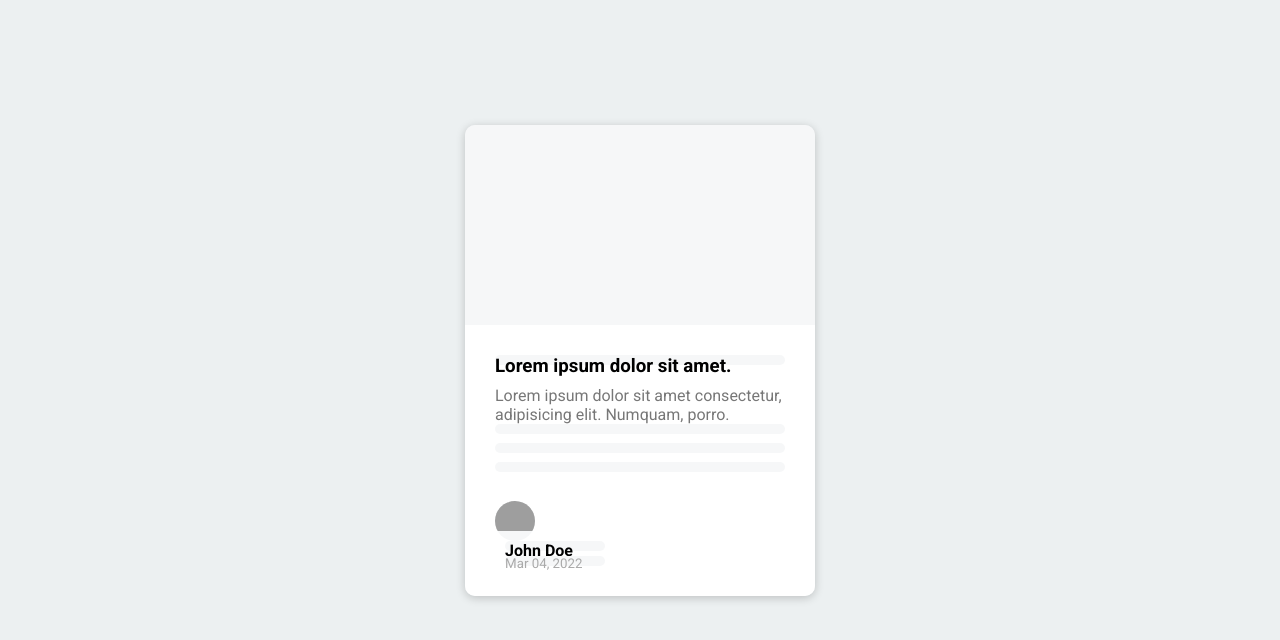
Repository: jt010051/contentData
Page: index.html
The author's editor kept a copy of each file at every save. The page is drawn from the files as they stood at one save, then again after the next save.
The browser window is 1280 px wide. The pictures show the whole page.
Pictures or frames that could not be fetched are drawn as grey boxes.

Above is the page before, as saved 2022-03-04 12:05:39.

After the next save:
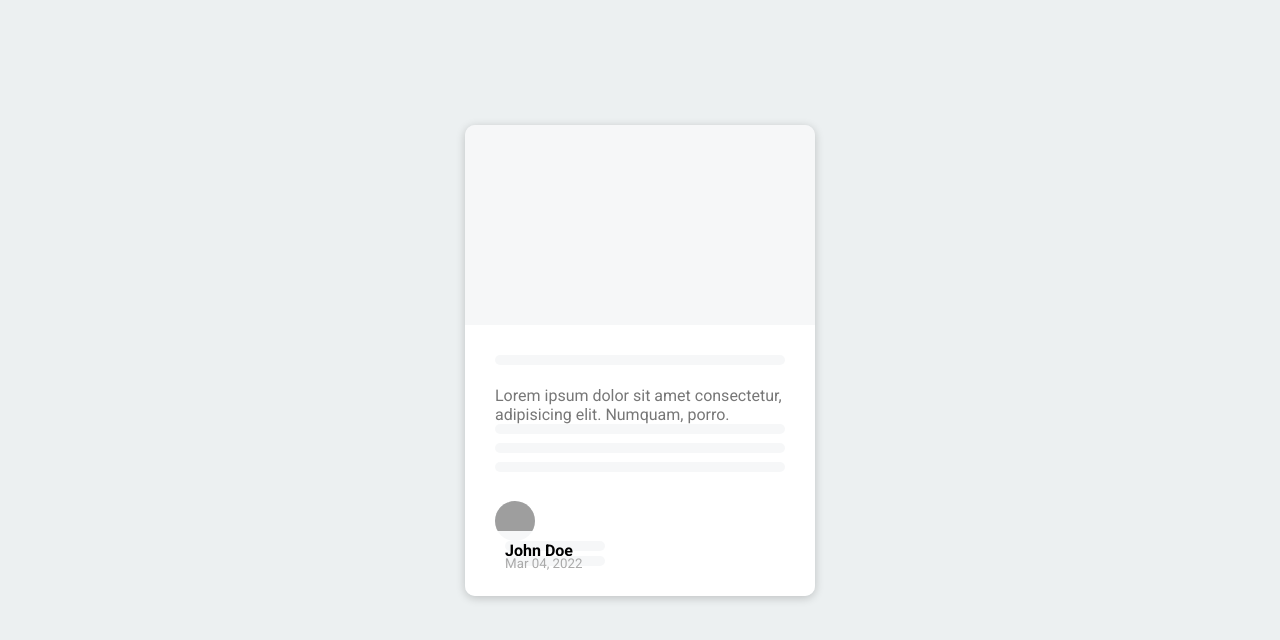
Saved 65 s later.
--- a/index.html
+++ b/index.html
@@ -17,7 +17,7 @@
 
 <div class="card-content">
 
-    <h3 class="card-title animated-bg animated-bg-text" id="title">Lorem ipsum dolor sit amet.</h3>
+    <h3 class="card-title animated-bg animated-bg-text" id="title">&nbsp;</h3>
     <p class="card-exerpt" id="exerpt">
 
         Lorem ipsum dolor sit amet consectetur, adipisicing elit. Numquam, porro.
